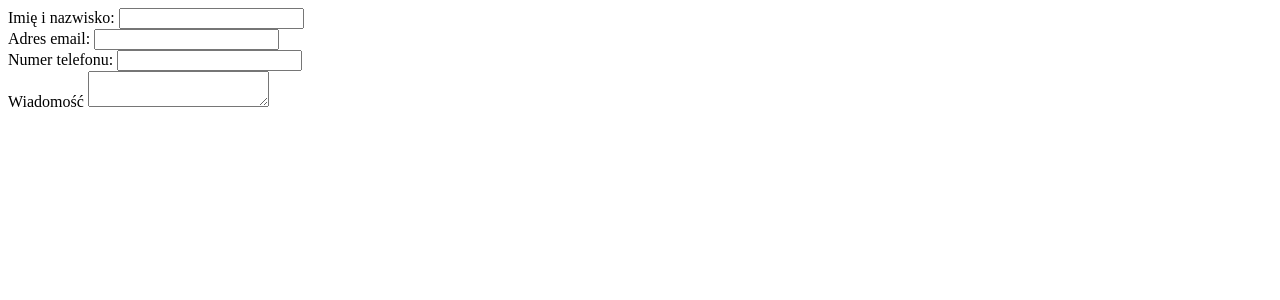
Repository: magdaf41/magdaf41.github.io
Page: zadania-domowe/HTML/zadanie_3/index.html
An editor plug-in stored every save of this project. The page is shown before and after the next save, followed by the edit.
The browser window is 1280 px wide. The pictures show the whole page.

Above is the page before, as saved 2020-08-13 11:36:52.

After the next save:
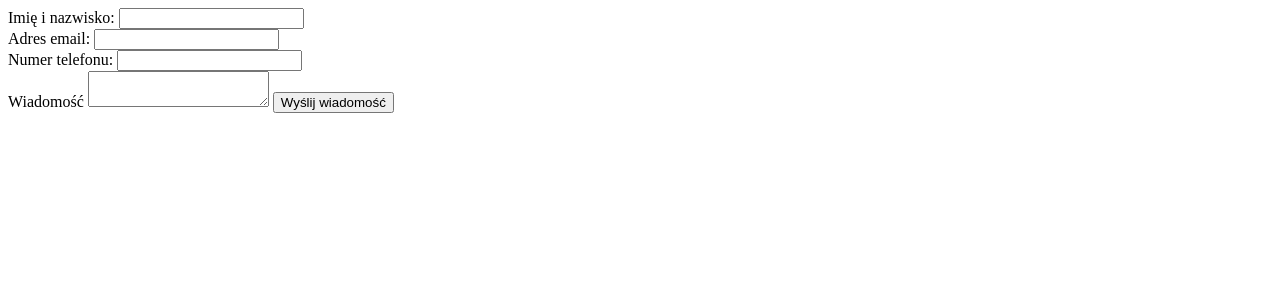
Saved 2 min 39 s later.
--- a/zadania-domowe/HTML/zadanie_3/index.html
+++ b/zadania-domowe/HTML/zadanie_3/index.html
@@ -1,19 +1,26 @@
 <!DOCTYPE html>
 <html lang="en">
+
 <head>
     <meta charset="UTF-8">
     <meta name="viewport" content="width=<device-width>, initial-scale=1.0">
-    <title>Document</title>
+    <title>Formularz HTML</title>
 </head>
+
 <body>
- <form action="https://formspree.io/xnqgrbkz" method="post"></form>
- <label for="username">Imię i nazwisko:</label>
- <input type="text" name="username" id="username"><br>
- <label for="email">Adres email:</label>
- <input type="email" name="email" id="email"><br>
- <label for="phone">Numer telefonu:</label>
- <input type="number" name="phone" id="phone"><br>
- <label for="message">Wiadomość</label>
- <textarea name="message" id="message"></textarea>
+    <form action="https://formspree.io/xnqgrbkz" method="post">
+
+        <label for="username">Imię i nazwisko:</label>
+        <input type="text" name="username" id="username"><br>
+        <label for="email">Adres email:</label>
+        <input type="email" name="email" id="email"><br>
+        <label for="phone">Numer telefonu:</label>
+        <input type="number" name="phone" id="phone"><br>
+        <label for="message">Wiadomość</label>
+        <textarea name="message" id="message"></textarea>
+        <input type="submit" value="Wyślij wiadomość">
+
+    </form>
 </body>
+
 </html>
